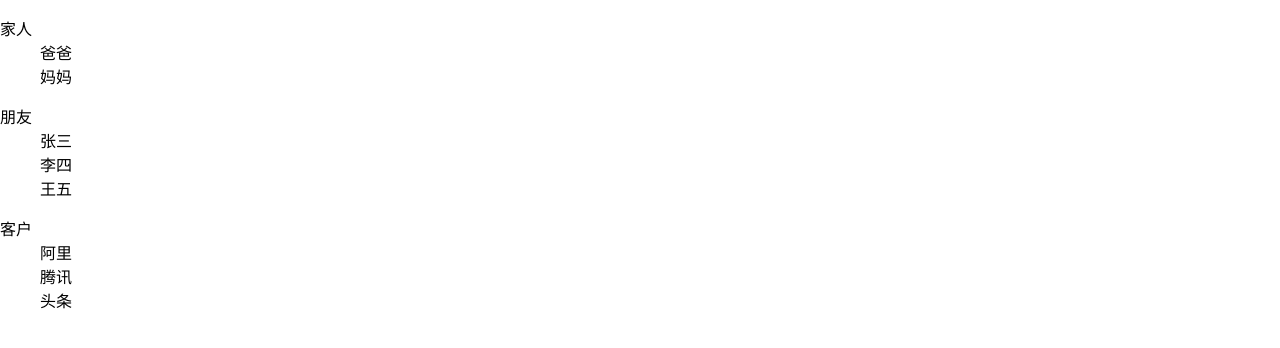
Repository: Jasonlee6789/ReactList-demo
Page: /
An editor plug-in stored every save of this project. The page is shown before and after the next save, followed by the edit.
The browser window is 1280 px wide. The pictures show the whole page.
The project was rebuilt for these pictures with package versions that can differ from the ones it lists, and the page was loaded fresh each time.

Above is the page before, as saved 2020-09-04 11:08:29.

### src/index.js
import React from "react";
import ReactDOM from "react-dom";
import "./css/index.css";
import App from "./App";

ReactDOM.render(
  <React.StrictMode>
    <App />
  </React.StrictMode>,
  document.getElementById("root")
);

// If you want your app to work offline and load faster, you can change
// unregister() to register() below. Note this comes with some pitfalls.
// Learn more about service workers: https://bit.ly/CRA-PWA

### src/App.js
import React from "react";
import List from "./list";
// import Data from "./data";
import datas from "./data";

class App extends React.Component {
  state = {
    openName: "family", //Save state from decide which itemList to expand
    //如果没有展开细节，openName为空
  };

  render() {
    console.log(Object.keys(datas));
    return (
      <div className="friend-list">
        {Object.keys(datas).map((item, index) => {
          return (
            <List
              key={index}
              name={item}
              openName={this.state.openName}
              itemData={datas[item]}
            />
          );
        })}
      </div>
    );
  }
}

export default App;

### src/list.js
import React from "react";

export default class List extends React.Component {
  // state = {
  //   show: true,
  // };

  render() {
    // let { show } = this.state;
    // console.log(this.state);
    console.log(this.props);
    let { itemData } = this.props;
    let { name, children } = itemData;
    return (
      <div className="friend-list">
        {/* <dl className={`friend-group ${show ? "expanded " : ""}`}> */}
        <dl className={"friend-group expanded "}>
          <dt
            onClick={() => {
              // this.setState({
              //   show: !show,
              // });
            }}
          >
            {name}
          </dt>
          {children.map((item, index) => {
            return <dd key={index}>{item.name}</dd>;
          })}
        </dl>
      </div>
    );
  }
}

### src/data.js
const data = [
  {
    name: "家人",
    children: [{ name: `爸爸` }, { name: `妈妈` }],
  },
  {
    name: "朋友",
    children: [{ name: `张三` }, { name: `李四` }, { name: `王五` }],
  },
  {
    name: "客户",
    children: [{ name: `阿里` }, { name: `腾讯` }, { name: `头条` }],
  },
];

export default data;

// let datas = {
//   family: {
//     title: "家人",
//     list: [{ name: "爸爸" }, { name: "妈妈" }],
//   },
//   friend: {
//     title: "朋友",
//     list: [{ name: "张三" }, { name: "李四" }, { name: "王五" }],
//   },
//   customer: {
//     title: "客户",
//     list: [{ name: "阿里" }, { name: "腾讯" }, { name: "头条" }],
//   },
// };

// export default datas;

Loaded but not shown: public/index.html (common file); src/index.css (common file)

After the next save:
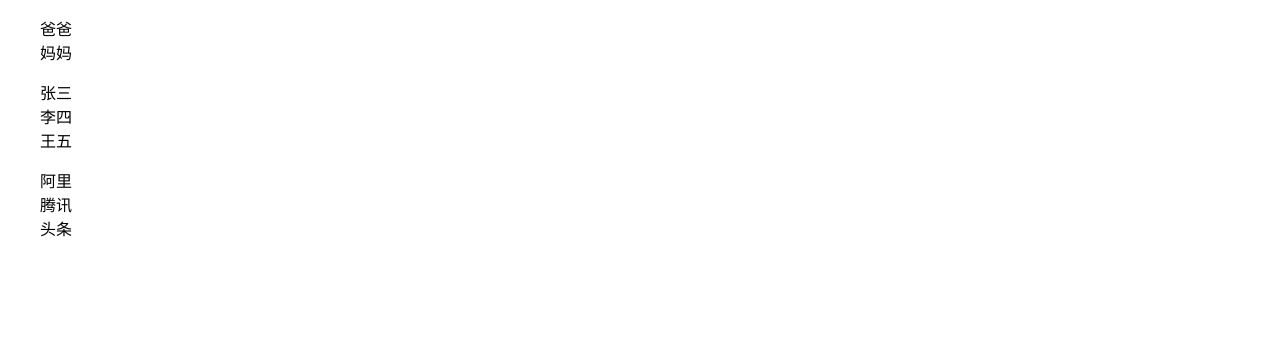
Saved 75 s later.
--- a/src/list.js
+++ b/src/list.js
@@ -9,8 +9,8 @@
     // let { show } = this.state;
     // console.log(this.state);
     console.log(this.props);
-    let { itemData } = this.props;
-    let { name, children } = itemData;
+    let { itemData, name, openName } = this.props;
+    let { title, children } = itemData;
     return (
       <div className="friend-list">
         {/* <dl className={`friend-group ${show ? "expanded " : ""}`}> */}
@@ -22,7 +22,7 @@
               // });
             }}
           >
-            {name}
+            {title}
           </dt>
           {children.map((item, index) => {
             return <dd key={index}>{item.name}</dd>;
